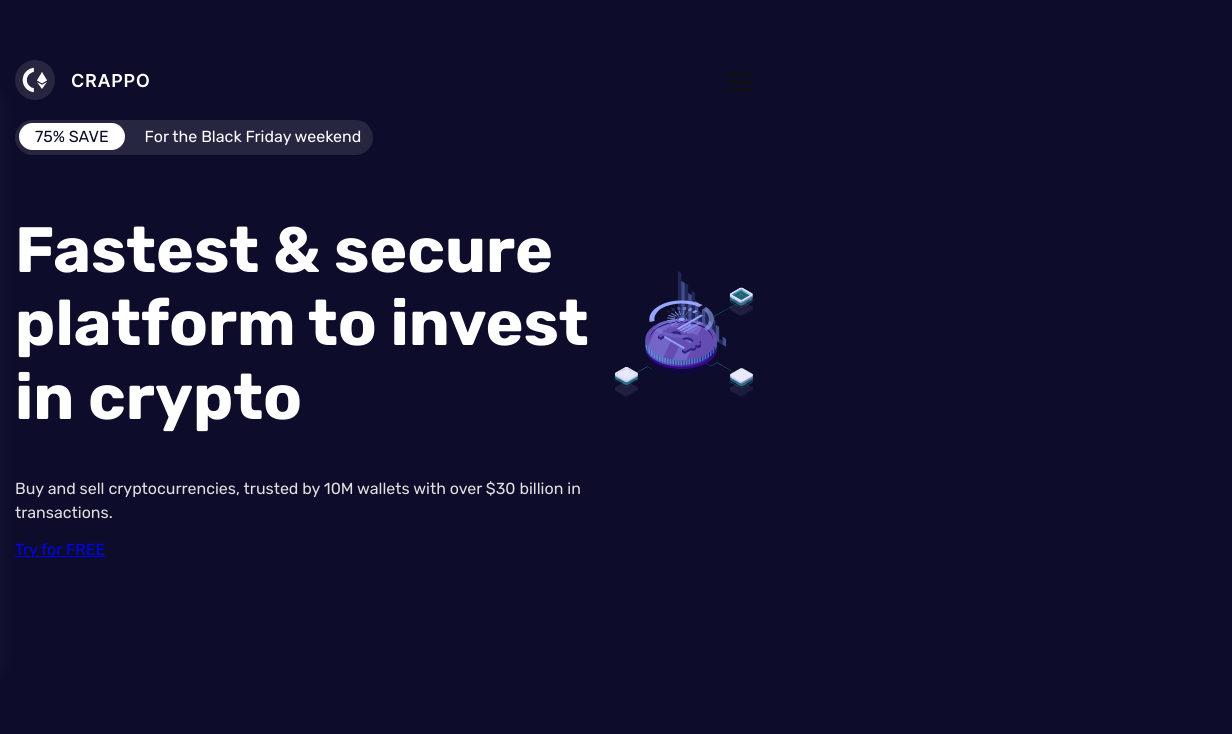
Repository: shtepaa/project-works.github.io
Page: crappo/index.html
An editor plug-in stored every save of this project. The page is shown before and after the next save, followed by the edit.
The browser window is 768 px wide. The page is 1232 px wide, so the pictures cover 1232 px, including what lies to the right of the window. The pictures show the whole page.

Above is the page before, as saved 2021-11-02 16:04:04.

### crappo/index.html
<!DOCTYPE html>
<html lang="en">
  <head>
    <meta charset="UTF-8" />
    <meta http-equiv="X-UA-Compatible" content="IE=edge" />
    <meta name="viewport" content="width=device-width, initial-scale=1.0" />
    <title>CRAPPO</title>
    <link
      rel="stylesheet"
      href="https://cdnjs.cloudflare.com/ajax/libs/normalize/8.0.1/normalize.min.css"
    />
    <link rel="stylesheet" href="./styles/style.css" />
  </head>
  <body>
    <!-- Початок навігації -->
    <header class="header">
      <a href="#" class="header-logo">
        <img src="./images/logo01.svg" alt="Logo" />
      </a>
      <nav>
        <ul class="nav">
          <li class="nav-item">
            <a href="#" class="nav-link">Products</a>
          </li>
          <li class="nav-item">
            <a href="#" class="nav-link">Features</a>
          </li>
          <li class="nav-item">
            <a href="#" class="nav-link">About</a>
          </li>
          <li class="nav-item">
            <a href="#" class="nav-link">Contact</a>
          </li>
          <li class="nav-item nav-item--login">
            <a href="#" class="nav-link nav-link--login">Login</a>
          </li>
          <li class="nav-item nav-item--register">
            <a href="#" class="nav-link nav-link--register">Register</a>
          </li>
        </ul>
        <div class="hamburger">
            <span class="bar"></span>
            <span class="bar"></span>
            <span class="bar"></span>
        </div>
      </nav>
    </header>
    <!-- Кінець навігації -->
    <!-- Перша секція -->
    <section>
      <div class="wrapper">
        <div class="main">
          <div class="main-text">
            <p class="main-text__sale">
              <span>75% SAVE</span>
              For the Black Friday weekend
            </p>
            <h1 class="main-text__title">
              Fastest & secure platform to invest in crypto
            </h1>
            <p class="main-text__description">
              Buy and sell cryptocurrencies, trusted by 10M wallets with over
              $30 billion in transactions.
            </p>
            <a href="#" class="main-text__link">Try for FREE</a>
          </div>
          <div class="main-img">
            <img src="./images/main.svg" alt="" class="main-img__image" />
          </div>
        </div>
      </div>
    </section>
<script src="./script.js"></script>
  </body>
</html>

### crappo/styles/style.css
@import url('https://fonts.googleapis.com/css2?family=Rubik:wght@400;500;700&display=swap');
:root {
    --white-rgb: 255,255,255;
    --purple:#2B076E;
    --dark: #0D0D2B;
    --blue: #3671E9;
    --white: #FFF;
}
body {
    font-family: 'Rubik', sans-serif;
    background-color: var(--dark);
    color: var(--white);
}
/* Початок навігації */
.header {
    justify-content: space-between;
    align-items: center;
    padding-right: 15px;
    padding-left: 15px;
    max-width: 1202px;
    margin-top: 60px;
    display: flex;
}
.nav {
    list-style-type: none;
    align-items: center;
    padding-left: 0;
    display: flex;
    margin: 0;
}
.nav-item {
    margin-left: 32px;
}
.nav-item--login{
    border-right: 1px solid rgba(242,242,242,0.3);
    padding-right: 24px;
    margin-left: 56px;
}
.nav-item--register {
    margin-left: 24px;
}
.nav-link {
    transition: cubic-bezier(0.445, 0.05, 0.55, 0.95);
    color: var(--white);
    text-decoration: none;
    font-size: 16px;
}
.nav-link:hover {
    color: var(--blue);
}
.nav-item--login {
    font-weight: 500;
}
.nav-link--register {
    background-color: var(--blue);
    border-radius: 32px;
    padding: 14px 32px;
    font-weight: 500;
}
.nav-link--register:hover {
    transition: cubic-bezier(0.445, 0.05, 0.55, 0.95);
    background-color: var(--purple);
    color: var(--white);
}
/* Кінець навігації */
.wrapper {
    min-width: 1202px;
    padding-right: 15px;
    padding-left: 15px;
    margin: 0 auto;
}
.main {
    display: flex;
    align-items: center;
}
.main-text {
    flex: 0 0 600px;
}
.main-text__sale {
    background-color: rgb(var(--white-rgb),0.1);
    display: inline-block;
    border-radius: 32px;
    padding: 8px 12px 8px 4px;
}
.main-text__sale span {
    background-color: var(--white);
    border-radius: 32px;
    color: var(--dark);
    margin-right: 16px;
    padding: 4px 16px;
}
.main-text__title {
    font-size: 64px;
    font-weight: 700;
}
.main-text__description {
    color: #E0E0E0;
    line-height: 1.5;
}
/* .main-img {
    flex-grow: 1;
} */
/* .main-img__image {
    width: 100%;
} */
@media screen and (max-width: 1180px) {
    .main-img__image {
        width: 50%;
    }

}
@media screen and (max-width: 940px) {
    .main-img__image {
        width: 23%;
    }

}
 /* Гамбургер */
 .hamburger {
    display: none;
}

.bar {
    display: block;
    width: 25px;
    height: 3px;
    margin: 5px auto;
    -webkit-transition: all 0.3s ease-in-out;
    transition: all 0.3s ease-in-out;
    background-color: #101010;
}
 @media only screen and (max-width: 768px) {
    .nav {
        position: fixed;
        left: -100%;
        top: 5rem;
        flex-direction: column;
        background-color: #fff;
        width: 100%;
        border-radius: 10px;
        text-align: center;
        transition: 0.3s;
        box-shadow:
            0 10px 27px rgba(247, 243, 242, 0.05);
    }

    .nav.active {
        left: 0;
    }

    .nav-item {
        margin: 2.5rem 0;
    }

    .hamburger {
        display: block;
        cursor: pointer;
    }

}

### crappo/script.js
const hamburger = document.querySelector(".hamburger");
const nav = document.querySelector(".nav");

hamburger.addEventListener("click", mobileMenu);

function mobileMenu() {
    hamburger.classList.toggle("active");
    nav.classList.toggle("active");
}

After the next save:
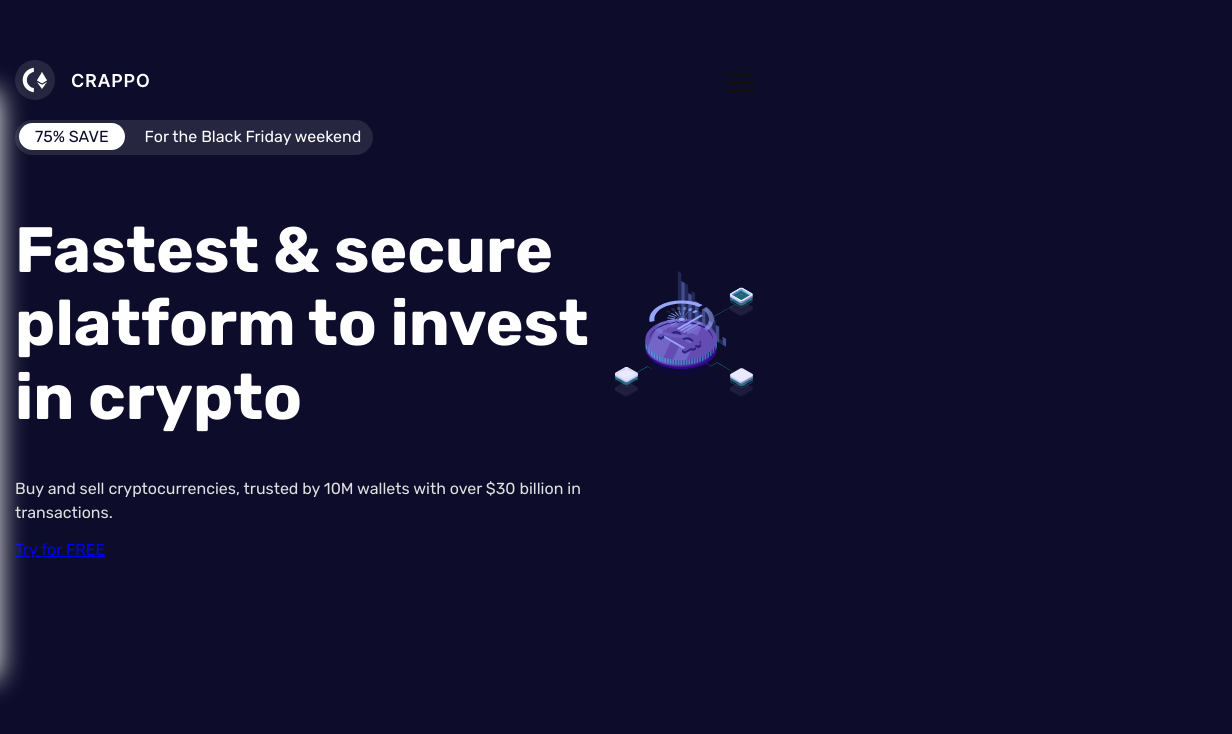
Saved 4 s later.
--- a/crappo/styles/style.css
+++ b/crappo/styles/style.css
@@ -141,7 +141,7 @@ body {
         text-align: center;
         transition: 0.3s;
         box-shadow:
-            0 10px 27px rgba(247, 243, 242, 0.05);
+            0 10px 27px rgba(247, 243, 242, 0.973);
     }
 
     .nav.active {
